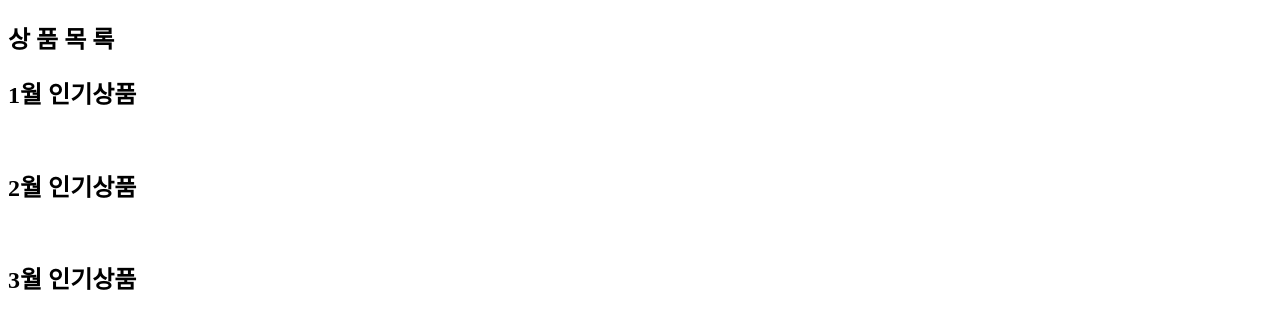
Repository: odasd/jsp
Page: http://localhost/semi/record/record3.jsp
These files come from the project's save history. The page is drawn as it stood at one moment and after the next save; the edit follows.
The browser window is 1280 px wide. The pictures show the whole page.
Some web libraries are served in a nearby version. The page is served by Tomcat 9. Queries for data that is not in the repository find no rows.

Above is the page before, as saved 2020-06-17 09:06:44.

After the next save:
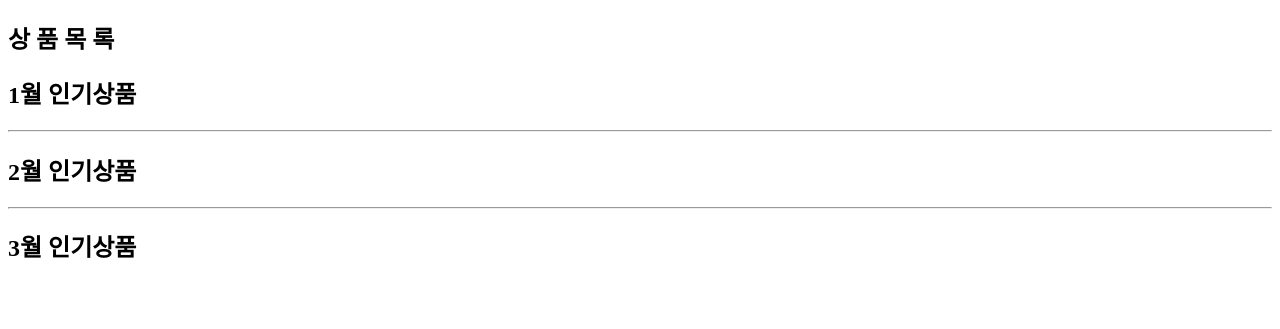
Saved 21 s later.
--- a/semi/WebContent/record/record3.jsp
+++ b/semi/WebContent/record/record3.jsp
@@ -28,7 +28,7 @@
 					{{product_name}}<br>{{sold_quantity}}</div>
 			{{/each}}
       </script>
-      <br>
+      <hr>
        <h2>2월 인기상품</h2>
       <div id="tbl2" ></div>
          <script id="temp2" type="text/x-handlebars-template">
@@ -39,7 +39,7 @@
 
            {{/each}}
       </script>
-      <br>
+      <hr>
       <h2>3월 인기상품</h2>
       <div id="tbl3" ></div>
          <script id="temp3" type="text/x-handlebars-template">
